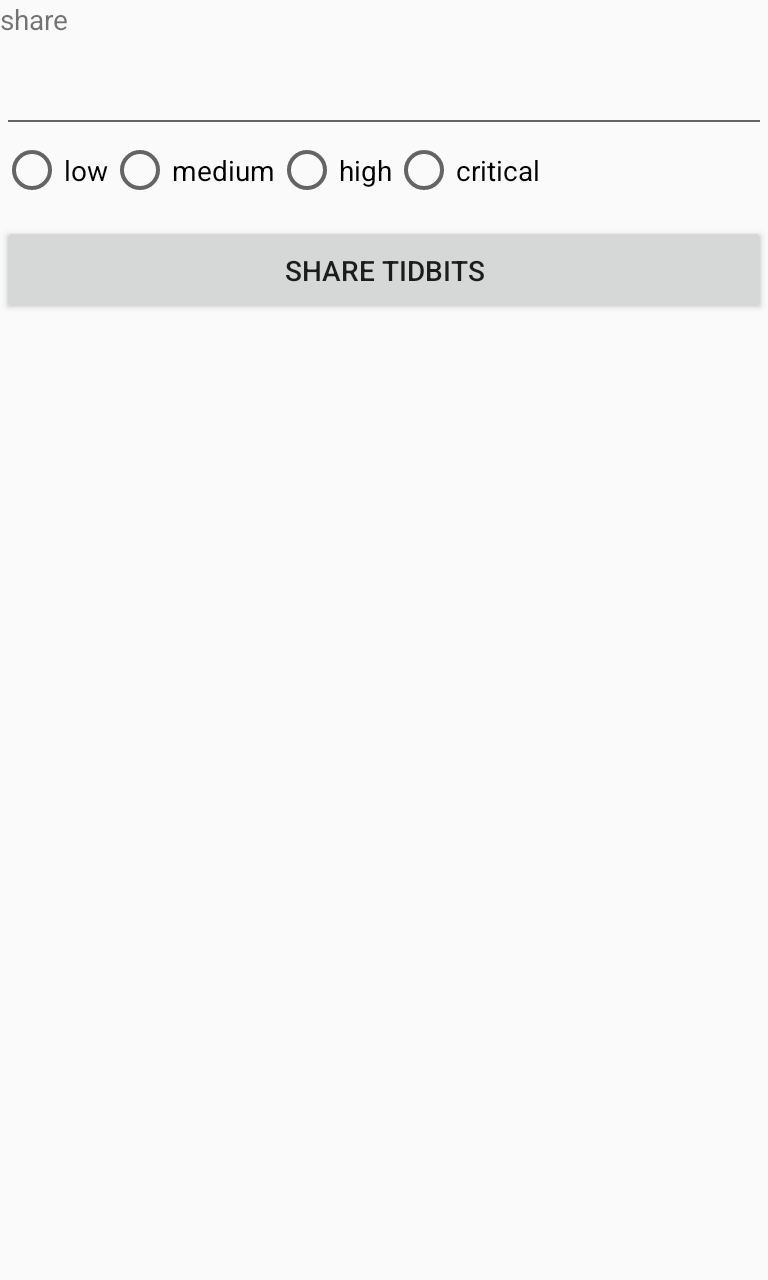
Repository: Pseudos/crowd-tidbits
Layout: crowd-tidbits/res/layout/share.xml
The author's editor kept a copy of each file at every save. The layout is drawn from the files as they stood at one save, then again after the next save.
It is drawn on a 768 x 1280 px phone screen (xhdpi) without system bars, with theme AppTheme; the app's code is not run.

Above is the layout before, as saved 2015-09-29 16:16:51.

### crowd-tidbits/res/layout/share.xml
<?xml version="1.0" encoding="utf-8"?>
<LinearLayout xmlns:android="http://schemas.android.com/apk/res/android"
    android:layout_width="match_parent"
    android:layout_height="match_parent"
    android:orientation="vertical" >
     <TextView
        android:layout_width="wrap_content"
        android:layout_height="wrap_content"
        android:text="share"/>
     <EditText android:layout_width="fill_parent"
         android:layout_height="50dp"
         />

     <RadioGroup android:orientation="horizontal"
         android:layout_width="fill_parent"
         android:layout_height="wrap_content">
         <RadioButton android:layout_width="wrap_content"
             android:layout_height="wrap_content"
             android:text="low"/>

         <RadioButton android:layout_width="wrap_content"
             android:layout_height="wrap_content"
             android:text="medium"/>

         <RadioButton android:layout_width="wrap_content"
             android:layout_height="wrap_content"
             android:text="high"/>

         <RadioButton android:layout_width="wrap_content"
             android:layout_height="wrap_content"
             android:text="critical"/>

     </RadioGroup>

     <Button
        android:id="@+id/share_tidbits"
        android:layout_width="fill_parent"
        android:layout_height="wrap_content"
        android:layout_marginTop="10dp"
        android:paddingLeft="20dp"
        android:paddingRight="20dp"
        android:text="Share Tidbits"
      />

</LinearLayout>

Loaded but not shown: crowd-tidbits/res/values/styles.xml (common file); crowd-tidbits/res/values-v11/styles.xml (common file); crowd-tidbits/res/values-v14/styles.xml (common file)

After the next save:
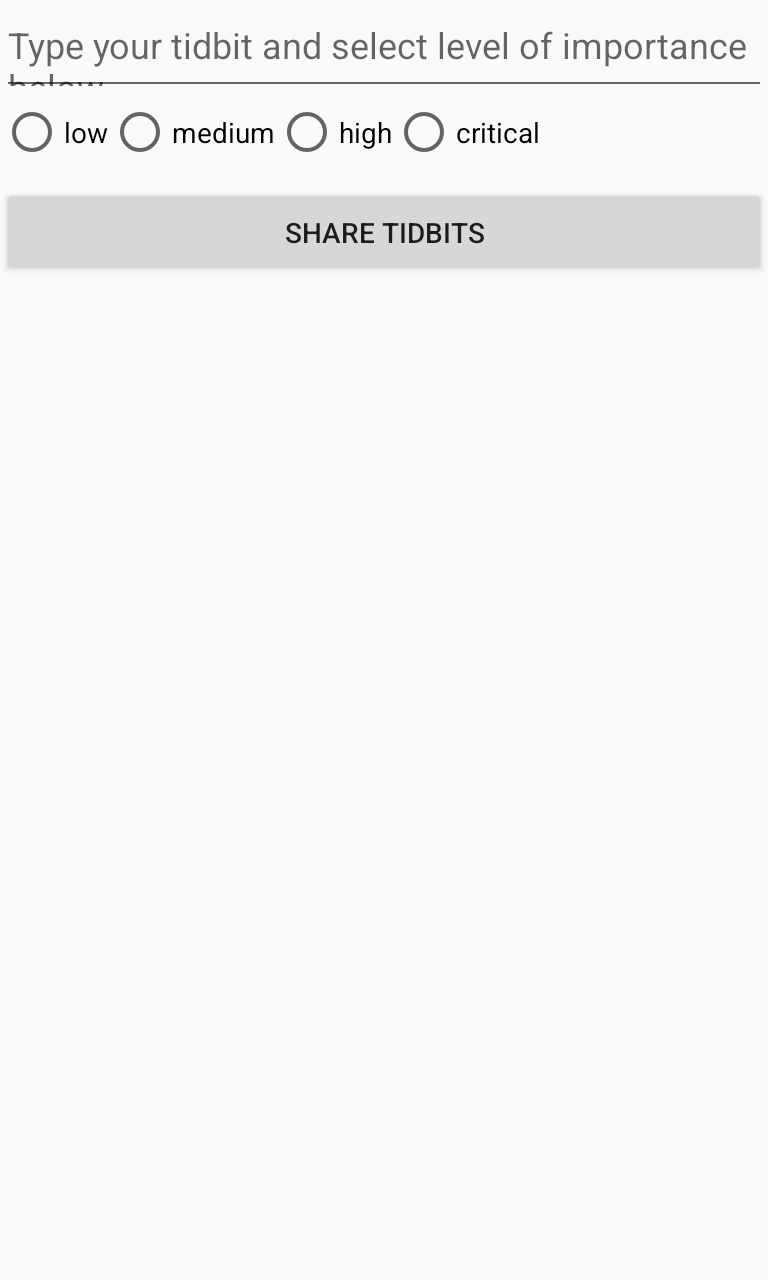
Saved 4 min 9 s later.
--- a/crowd-tidbits/res/layout/share.xml
+++ b/crowd-tidbits/res/layout/share.xml
@@ -3,30 +3,37 @@
     android:layout_width="match_parent"
     android:layout_height="match_parent"
     android:orientation="vertical" >
-     <TextView
-        android:layout_width="wrap_content"
-        android:layout_height="wrap_content"
-        android:text="share"/>
+
      <EditText android:layout_width="fill_parent"
          android:layout_height="50dp"
+         android:hint="Type your tidbit and select level of importance below."
          />
 
      <RadioGroup android:orientation="horizontal"
          android:layout_width="fill_parent"
          android:layout_height="wrap_content">
-         <RadioButton android:layout_width="wrap_content"
+
+         <RadioButton
+             android:id="@+id/low"
+             android:layout_width="wrap_content"
              android:layout_height="wrap_content"
              android:text="low"/>
 
-         <RadioButton android:layout_width="wrap_content"
+         <RadioButton
+             android:id="@+id/medium"
+             android:layout_width="wrap_content"
              android:layout_height="wrap_content"
              android:text="medium"/>
 
-         <RadioButton android:layout_width="wrap_content"
+         <RadioButton
+             android:id="@+id/high"
+             android:layout_width="wrap_content"
              android:layout_height="wrap_content"
              android:text="high"/>
 
-         <RadioButton android:layout_width="wrap_content"
+         <RadioButton
+             android:id="@+id/critical"
+             android:layout_width="wrap_content"
              android:layout_height="wrap_content"
              android:text="critical"/>
 
